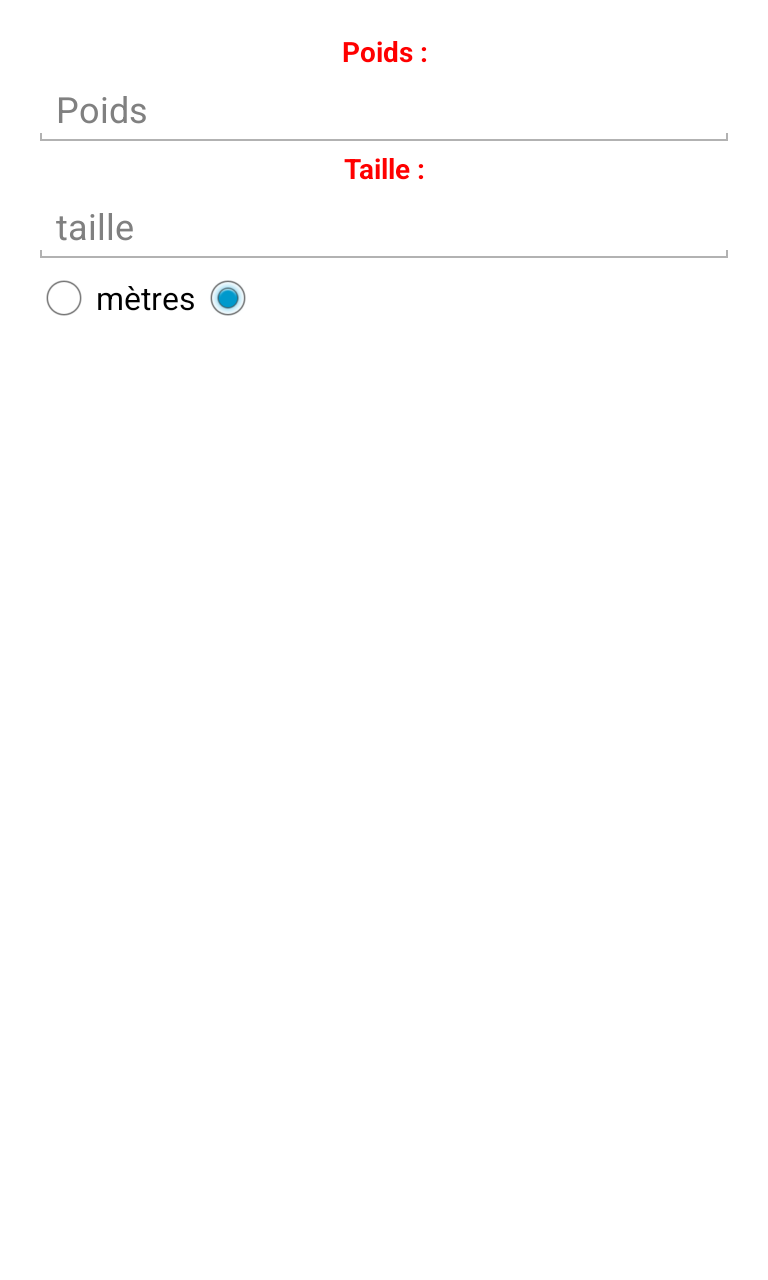
Repository: mikaelpopowicz/cours
Layout: graph/test/res/layout/activity_main.xml
An editor plug-in stored every save of this project. The layout is shown before and after the next save, followed by the edit.
It is drawn on a 768 x 1280 px phone screen (xhdpi) without system bars, with theme AppTheme; the app's code is not run.

Above is the layout before, as saved 2014-02-26 22:47:20.

### graph/test/res/layout/activity_main.xml
<LinearLayout xmlns:android="http://schemas.android.com/apk/res/android"
    xmlns:tools="http://schemas.android.com/tools"
    android:layout_width="match_parent"
    android:layout_height="match_parent"
    android:paddingBottom="@dimen/activity_vertical_margin"
    android:paddingLeft="@dimen/activity_horizontal_margin"
    android:paddingRight="@dimen/activity_horizontal_margin"
    android:paddingTop="@dimen/activity_vertical_margin"
    tools:context=".MainActivity"
    android:orientation="vertical" >

    <TextView
        android:layout_width="fill_parent"
        android:layout_height="wrap_content"
        android:text="Poids :"
        android:textStyle="bold"
        android:textColor="#FF0000"
        android:gravity="center"/>

    <EditText
        android:id="@+id/poids"
        android:layout_width="fill_parent"
        android:layout_height="wrap_content"
        android:hint="Poids"
        android:inputType="text"/>

    <TextView
        android:layout_width="fill_parent"
        android:layout_height="wrap_content"
        android:text="Taille :"
        android:textStyle="bold"
        android:textColor="#FF0000"
        android:gravity="center"/>

    <EditText
        android:id="@+id/taille"
        android:layout_width="fill_parent"
        android:layout_height="wrap_content"
        android:hint="taille"
        android:inputType="text"/>

    <RadioGroup
  		android:layout_width="wrap_content"
  		android:layout_height="wrap_content"
  		android:orientation="horizontal" >
  		<RadioButton
    		android:layout_width="wrap_content"
    		android:layout_height="wrap_content"
    		android:text="mètres" />
  		<RadioButton
    		android:layout_width="wrap_content"
    		android:layout_height="wrap_content"
    		android:checked="true" />
</RadioGroup>

</LinearLayout>

Loaded but not shown: graph/test/res/values/styles.xml (common file); graph/test/res/values-v11/styles.xml (common file); graph/test/res/values-v14/styles.xml (common file); graph/test/res/values/dimens.xml (common file)

After the next save:
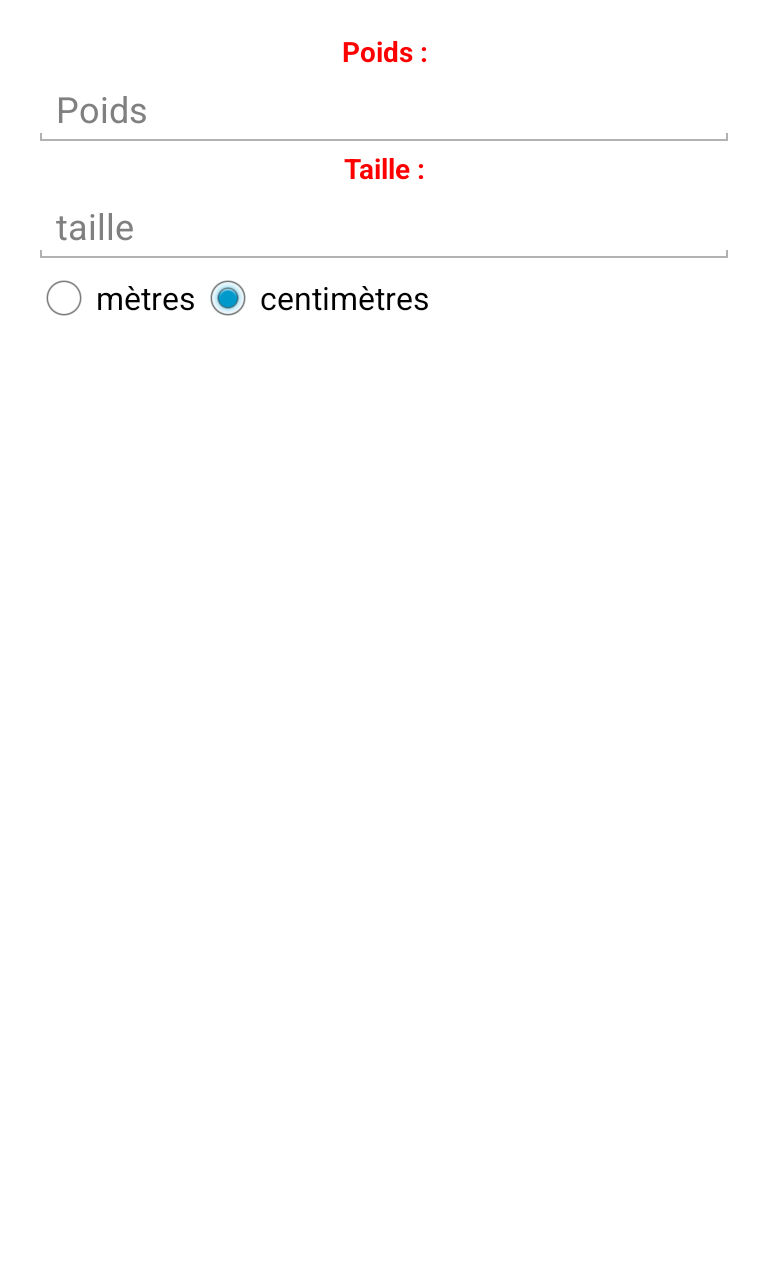
Saved 17 s later.
--- a/graph/test/res/layout/activity_main.xml
+++ b/graph/test/res/layout/activity_main.xml
@@ -50,6 +50,7 @@
   		<RadioButton
     		android:layout_width="wrap_content"
     		android:layout_height="wrap_content"
+    		android:text="centimètres"
     		android:checked="true" />
 </RadioGroup>
 
